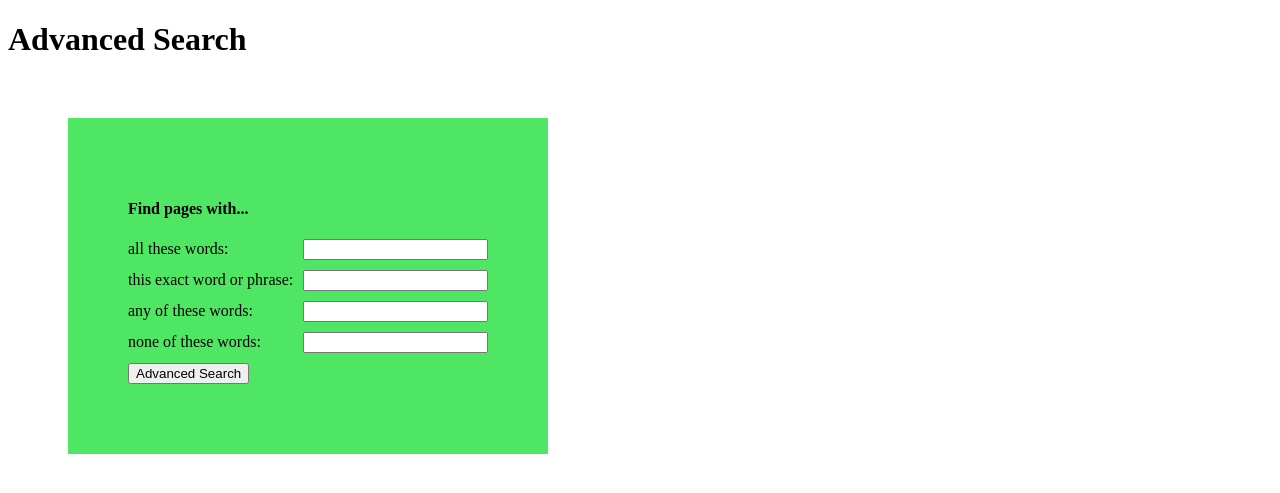
Repository: etentuk/search
Page: advanced_search.html
The author's editor kept a copy of each file at every save. The page is drawn from the files as they stood at one save, then again after the next save.
The browser window is 1280 px wide. The pictures show the whole page.

Above is the page before, as saved 2021-11-04 20:59:20.

After the next save:
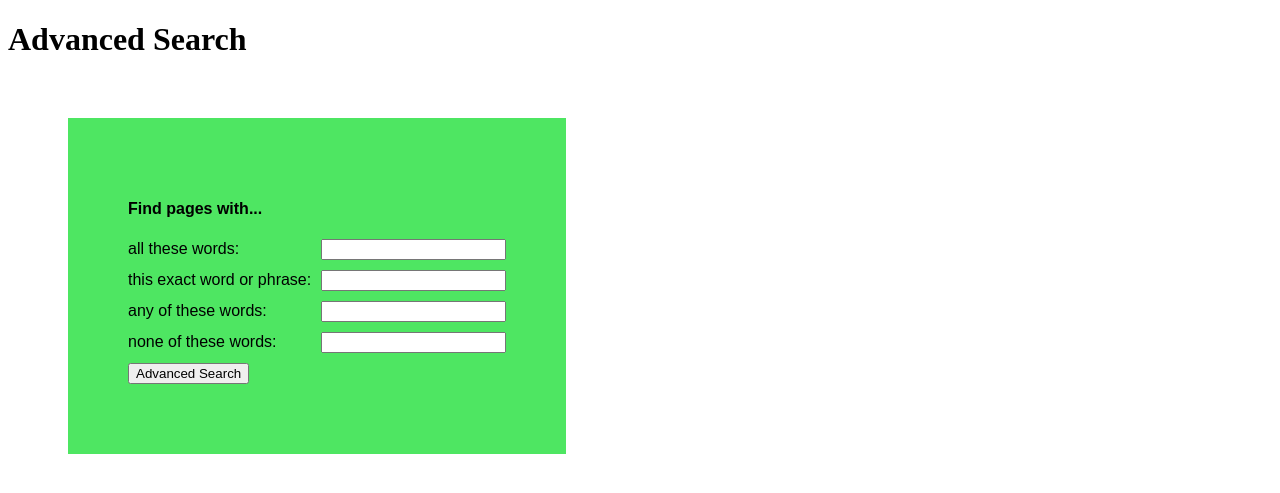
Saved 2 min 54 s later.
--- a/styles.css
+++ b/styles.css
@@ -17,6 +17,7 @@ label {
 }
 
 div.contentContainer {
+  font-family: Arial, Helvetica, sans-serif;
   background-color: rgb(78, 230, 98);
   width: fit-content;
   padding: 60px;
